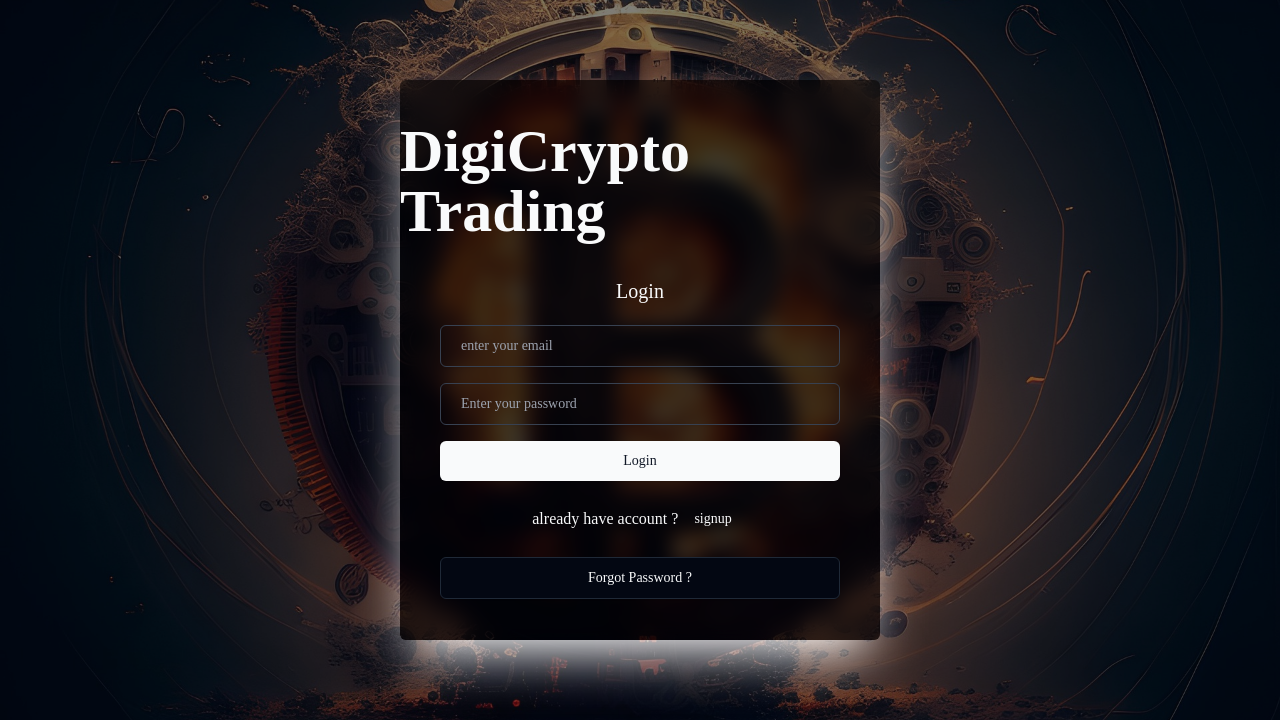
Repository: varijaT/TradingFrontEnd
Page: /
The author's editor kept a copy of each file at every save. The page is drawn from the files as they stood at one save, then again after the next save.
The browser window is 1280 px wide. The pictures show the whole page.
The project was rebuilt for these pictures with package versions that can differ from the ones it lists, and the page was loaded fresh each time. Also part of the build but not shown: vite.config.js, src/components/ui/sheet.jsx, src/components/ui/avatar.jsx, src/pages/Navbar/Navbar.jsx, src/components/ui/scroll-area.jsx, src/components/ui/table.jsx, src/pages/Home/AssetTable.jsx, src/pages/StockDetails/ConvertToChartData.js and 52 more.

Above is the page before, as saved 2025-04-09 21:57:20.

### index.html
<!doctype html>
<html lang="en">
  <head>
    <meta charset="UTF-8" />
    <link rel="icon" type="image/svg+xml" href="/vite.svg" />
    <meta name="viewport" content="width=device-width, initial-scale=1.0" />
    <title>DigiCrypto Treading</title>
  </head>
  <body>
    <div id="root"></div>
    <script type="module" src="/src/main.jsx"></script>
  </body>
</html>

### src/main.jsx
import React from 'react';
import ReactDOM from 'react-dom/client';
import App from './App.jsx';
import './index.css';
import { BrowserRouter } from 'react-router-dom';
import { Provider } from 'react-redux';
import { store } from './Redux/Store.js';

ReactDOM.createRoot(document.getElementById('root')).render(
  <React.StrictMode>
    <Provider store={store}>
      <BrowserRouter>
        <App />
      </BrowserRouter>
    </Provider>
  </React.StrictMode>
);

### src/index.css
@tailwind base;
@tailwind components;
@tailwind utilities;

@layer base {
  :root {
    --background: 0 0% 100%;
    --foreground: 224 71.4% 4.1%;

    --card: 0 0% 100%;
    --card-foreground: 224 71.4% 4.1%;

    --popover: 0 0% 100%;
    --popover-foreground: 224 71.4% 4.1%;

    --primary: 220.9 39.3% 11%;
    --primary-foreground: 210 20% 98%;

    --secondary: 220 14.3% 95.9%;
    --secondary-foreground: 220.9 39.3% 11%;

    --muted: 220 14.3% 95.9%;
    --muted-foreground: 220 8.9% 46.1%;

    --accent: 220 14.3% 95.9%;
    --accent-foreground: 220.9 39.3% 11%;

    --destructive: 0 84.2% 60.2%;
    --destructive-foreground: 210 20% 98%;

    --border: 220 13% 91%;
    --input: 220 13% 91%;
    --ring: 224 71.4% 4.1%;

    --radius: 0.5rem;
  }

  .dark {
    --background: 224 71.4% 4.1%;
    --foreground: 210 20% 98%;

    --card: 224 71.4% 4.1%;
    --card-foreground: 210 20% 98%;

    --popover: 224 71.4% 4.1%;
    --popover-foreground: 210 20% 98%;

    --primary: 210 20% 98%;
    --primary-foreground: 220.9 39.3% 11%;

    --secondary: 215 27.9% 16.9%;
    --secondary-foreground: 210 20% 98%;

    --muted: 215 27.9% 16.9%;
    --muted-foreground: 217.9 10.6% 64.9%;

    --accent: 215 27.9% 16.9%;
    --accent-foreground: 210 20% 98%;

    --destructive: 0 62.8% 30.6%;
    --destructive-foreground: 210 20% 98%;

    --border: 215 27.9% 16.9%;
    --input: 215 27.9% 16.9%;
    --ring: 216 12.2% 83.9%;
  }
}

@layer base {
  * {
    @apply border-border;
  }
  body {
    @apply dark bg-background text-foreground overflow-x-hidden;
  }
}

/* Styles for the scrollable container */
.scroll-container {
  overflow-y: auto;
}

/* Custom scrollbar styles for Webkit browsers (Chrome, Safari) */
.scroll-container::-webkit-scrollbar {
  width: 8px; /* Width of the scrollbar */
  background: transparent;
}

.scroll-container::-webkit-scrollbar-track {
  background: transparent; /* Background of the scrollbar track */
}

.scroll-container::-webkit-scrollbar-thumb {
  background:#1e293b; /* Color of the scrollbar thumb */
  border-radius: 5rem;
}

.scroll-container::-webkit-scrollbar-thumb:hover {
  background: #555; /* Color of the scrollbar thumb on hover */
}



/* Optional: Ensure custom scrollbars work in Internet Explorer and Edge */
.scroll-container {
  -ms-overflow-style: -ms-autohiding-scrollbar;
}
.sidebar {
  width: 290px;
  background-color: #2c3e50;
  color: white;
  position: fixed;
  left: 0;
  top: 5;
  height: 80vh; /* Ensure full height */
  transform: translateX(-100%);
  transition: transform 0.3s ease-in-out;
  padding: 20px;
  overflow-y: auto; /* Allow scrolling */
  overflow-x: visible; /* Prevent hiding overflow */
}

.sidebar.open {
  transform: translateX(0);
}

ul {
  list-style: none;
  padding: 0;
}

li {
  padding: 10px;
  cursor: pointer;
}

.logout-button {
  margin-top: auto;
  color: red;
  font-weight: bold;
  display: flex !important;
  align-items: center;
  gap: 8px;
  justify-content: flex-start; /* Align icon and text horizontally */
  white-space: nowrap; /* Prevent text wrapping */
  overflow: visible !important; /* Ensure it's not hidden */
}
.logout-button:hover {
  background-color: #c0392b; /* Darker red on hover */
}

### src/pages/Auth/Auth.jsx
/* eslint-disable no-unused-vars */
import "./Auth.css";
import { Button } from "@/components/ui/button";

import SignupForm from "./signup/SignupForm";
import LoginForm from "./login/login";
import { useLocation, useNavigate } from "react-router-dom";
import { useState } from "react";
import { Card } from "@/components/ui/card";
import ForgotPassword from "./ForgotPassword";
import ForgotPasswordForm from "./ForgotPassword";
import { Skeleton } from "@/components/ui/skeleton";
import { useSelector } from "react-redux";
import SpinnerBackdrop from "@/components/custome/SpinnerBackdrop";
import { Avatar, AvatarImage } from "@/components/ui/avatar";
import { AvatarFallback } from "@radix-ui/react-avatar";
import { ToastAction } from "@/components/ui/toast";
import { useToast } from "@/components/ui/use-toast";
import CustomeToast from "@/components/custome/CustomeToast";

const Auth = () => {
  const navigate = useNavigate();
  const location = useLocation();
  const { auth } = useSelector((store) => store);
  const { toast } = useToast();

  const [animate, setAnimate] = useState(false);

  const handleNavigation = (path) => {
    // setAnimate(true);
    // setTimeout(() => {
    navigate(path);
    //   setAnimate(false);
    // }, 500);
    // Adjust the delay as needed to match your animation duration
    // setAnimate(false)
  };

  const [showToast, setShowToast] = useState(false);

  const handleShowToast = () => {
    setShowToast(true);
  };

console.log("---------- ",auth.error)


  return (
    <div className={`authContainer h-screen relative`}>
      <div className="absolute top-0 right-0 left-0 bottom-0 bg-[#030712] bg-opacity-50"></div>

      <div
        className={`bgBlure absolute top-1/2 left-1/2 transform -translate-x-1/2  -translate-y-1/2 box flex flex-col justify-center items-center  h-[35rem] w-[30rem]  rounded-md z-50 bg-black bg-opacity-50 shadow-2xl shadow-white`}
      >
         <CustomeToast show={auth.error} message={auth.error?.error}/>


        <h1 className="text-6xl font-bold pb-9">DigiCrypto Trading</h1>
        {/* <Avatar>
          <AvatarImage src="https://cdn.pixabay.com/photo/2019/04/15/20/42/bitcoin-4130299_1280.png"/>
          <AvatarFallback>BTC</AvatarFallback>
        </Avatar> */}

        {location.pathname == "/signup" ? (
          <section
            className={`w-full login  ${animate ? "slide-down" : "slide-up"}`}
          >
            <div className={`  loginBox  w-full px-10 space-y-5 `}>
              <SignupForm />

              {location.pathname == "/signup" ? (
                <div className="flex items-center justify-center">
                  <span> {"don't have account ?"} </span>
                  <Button
                    onClick={() => handleNavigation("/signin")}
                    variant="ghost"
                  >
                    signin
                  </Button>
                </div>
              ) : (
                <div className="flex items-center justify-center">
                  <span>already have account ? </span>
                  <Button
                    onClick={() => handleNavigation("/signup")}
                    variant="ghost"
                  >
                    signup
                  </Button>
                </div>
              )}
            </div>
          </section>
        ) : location.pathname == "/forgot-password" ? (
          <section className="p-5 w-full">
            <ForgotPasswordForm />
            {/* <Button variant="outline" className="w-full py-5 mt-5">
              Try Using Mobile Number
            </Button> */}
            <div className="flex items-center justify-center mt-5">
              <span>Back To Login ? </span>
              <Button onClick={() => navigate("/signin")} variant="ghost">
                signin
              </Button>
            </div>
          </section>
        ) : (
          <>
            {
              <section className={`w-full login`}>
                <div className={`  loginBox  w-full px-10 space-y-5 `}>
                  <LoginForm />

                  <div className="flex items-center justify-center">
                    <span>already have account ? </span>
                    <Button
                      onClick={() => handleNavigation("/signup")}
                      variant="ghost"
                    >
                      signup
                    </Button>
                  </div>
                  <div className="">
                    <Button
                      onClick={() => navigate("/forgot-password")}
                      variant="outline"
                      className="w-full py-5"
                    >
                      Forgot Password ?
                    </Button>
                  </div>
                </div>
              </section>
            }
          </>
        )}


      </div>



    </div>
  );
};

export default Auth;

### src/components/ui/button.jsx
import * as React from "react"
import { Slot } from "@radix-ui/react-slot"
import { cva } from "class-variance-authority";

import { cn } from "@/lib/utils"

const buttonVariants = cva(
  "inline-flex items-center justify-center whitespace-nowrap rounded-md text-sm font-medium transition-colors focus-visible:outline-none   disabled:pointer-events-none disabled:opacity-50 ",
  {
    variants: {
      variant: {
        default:
          "bg-primary text-primary-foreground shadow hover:bg-primary/90",
        destructive:
          "bg-destructive text-destructive-foreground shadow-sm hover:bg-destructive/90",
        outline:
          "border border-input bg-background shadow-sm hover:bg-accent hover:text-accent-foreground",
        secondary:
          "bg-secondary text-secondary-foreground shadow-sm hover:bg-secondary/80",
        ghost: "hover:bg-accent hover:text-accent-foreground",
        link: "text-primary underline-offset-4 hover:underline",
      },
      size: {
        default: "h-9 px-4 py-2",
        sm: "h-8 rounded-md px-3 text-xs",
        lg: "h-10 rounded-md px-8",
        icon: "h-9 w-9",
      },
    },
    defaultVariants: {
      variant: "default",
      size: "default",
    },
  }
)

const Button = React.forwardRef(({ className, variant, size, asChild = false, ...props }, ref) => {
  const Comp = asChild ? Slot : "button"
  return (
    (<Comp
      className={cn(buttonVariants({ variant, size, className }))}
      ref={ref}
      {...props} />)
  );
})
Button.displayName = "Button"

export { Button, buttonVariants }

### src/pages/SideBar/SideBar.jsx
import { logout } from "@/Redux/Auth/Action";
import { Button } from "@/components/ui/button";
import { SheetClose } from "@/components/ui/sheet";
import {
  ExitIcon,
  HomeIcon,
  DashboardIcon,
  BookmarkIcon,
  ActivityLogIcon,
  PersonIcon,
} from "@radix-ui/react-icons";
import { CreditCard, Landmark, Wallet } from "lucide-react";
import { useDispatch } from "react-redux";
import { useNavigate } from "react-router-dom";

const menu = [
  { name: "Home", path: "/", icon: <HomeIcon className="h-6 w-6" /> },
  { name: "Portfolio", path: "/portfolio", icon: <DashboardIcon className="h-6 w-6" /> },
  { name: "Watchlist", path: "/watchlist", icon: <BookmarkIcon className="h-6 w-6" /> },
  { name: "Activity", path: "/activity", icon: <ActivityLogIcon className="h-6 w-6" /> },
  { name: "Wallet", path: "/wallet", icon: <Wallet className="h-6 w-6" /> },
  { name: "Payment Details", path: "/payment-details", icon: <Landmark className="h-6 w-6" /> },
  { name: "Withdrawal", path: "/withdrawal", icon: <CreditCard className="h-6 w-6" /> },
  { name: "Profile", path: "/profile", icon: <PersonIcon className="h-6 w-6" /> },
];

const SideBar = () => {
  const navigate = useNavigate();
  const dispatch = useDispatch();

  const handleLogout = () => {
    console.log("Logout button clicked!");
    dispatch(logout()); // Dispatch logout action
    navigate("/signin"); // Redirect to the login page
  };

  return (
    <div className="mt-10 space-y-5 sidebar open">
      {menu.map((item, index) => (
        <SheetClose key={index} className="w-full">
          <Button
            onClick={() => navigate(item.path)}
            variant="outline"
            className="flex items-center gap-5 py-6 w-full"
          >
            <span className="w-8">{item.icon}</span>
            <p>{item.name}</p>
          </Button>
        </SheetClose>
      ))}

      {/* Logout Button */}
      <div className="mt-auto border-t border-gray-300 pt-5">
           <SheetClose className="w-full">
              <Button
              onClick={handleLogout}
               variant="destructive"
               className="logout-button flex items-center justify-start"
              >
               <span className="w-8">
                <ExitIcon className="h-6 w-6" />
               </span>
                   Logout {/* Directly add the label here */}
                </Button>
            </SheetClose>
            </div>
       </div>
  );
};

export default SideBar;

### src/pages/Auth/Auth.css
*{
    margin: 0;
    padding: 0;
    box-sizing: border-box;
    font-family: "Poppins","san-serif";
}
/* https://cdn.pixabay.com/photo/2022/12/26/11/37/bitcoin-7678812_1280.jpg */
.authContainer{
  background-image: url("/public/crypto-7678815_1920.jpg");
  height: 100vh;
  width: 100%;
  background-size: cover;
  background-repeat: no-repeat;
  background-position: center;

}
.bgBlure{
  backdrop-filter: blur(10px);
}

### src/pages/Auth/login/login.jsx
import { Input } from "@/components/ui/input";
// import "./Login.css";
import { Button } from "@/components/ui/button";
import {
  Form,
  FormControl,
  FormField,
  FormItem,
  FormMessage,
} from "@/components/ui/form";
import { useForm } from "react-hook-form";
import { zodResolver } from "@hookform/resolvers/zod";
import { z } from "zod";
import { useDispatch, useSelector } from "react-redux";
import { login } from "@/Redux/Auth/Action";
import { useNavigate } from "react-router-dom";
//import { Skeleton } from "@/components/ui/skeleton";
import SpinnerBackdrop from "@/components/custome/SpinnerBackdrop";
// import { toast } from "@/components/ui/use-toast";
//import { ToastAction } from "@/components/ui/toast";
//import { useToast } from "@/components/ui/use-toast";

const formSchema = z.object({
  email: z.string().email("Invalid email address"),
  password: z.string().min(8, "Password must be at least 8 characters long"),
});
const LoginForm = () => {
  const navigate = useNavigate();
  const dispatch = useDispatch();
  const { auth } = useSelector((store) => store);
  //const { toast } = useToast();
  const form = useForm({
    resolver: zodResolver(formSchema),
    defaultValues: {
      email: "",
      password: "",
    },
  });
  const onSubmit = (data) => {
    data.navigate = navigate;
    dispatch(login(data));
    console.log("login form", data);
  };
  return (
    <div className="space-y-5">
      <h1 className="text-center text-xl">Login</h1>
      <Form {...form}>
        <form onSubmit={form.handleSubmit(onSubmit)} className="space-y-4">
          <FormField
            control={form.control}
            name="email"
            render={({ field }) => (
              <FormItem>
                <FormControl>
                  <Input
                    {...field}
                    className="border w-full border-gray-700 py-5 px-5"
                    placeholder="enter your email"
                  />
                </FormControl>

                <FormMessage />
              </FormItem>
            )}
          />
          <FormField
            control={form.control}
            name="password" // Added password field
            render={({ field }) => (
              <FormItem>
                <FormControl>
                  <Input
                    {...field}
                    type="password" // Added type attribute for password input
                    className="border w-full border-gray-700 py-5 px-5"
                    placeholder="Enter your password"
                  />
                </FormControl>
                <FormMessage />
              </FormItem>
            )}
          />

          {!auth.loading ? (
            <Button type="submit" className="w-full  py-5">
              Login
            </Button>
          ) : (
            <SpinnerBackdrop show={true} />
          )}
        </form>
      </Form>

      {/* {toast({
        title: "Scheduled: Catch up ",
        description: "Friday, February 10, 2023 at 5:57 PM",
        action: <ToastAction altText="Goto schedule to undo">Undo</ToastAction>,
      })} */}
    </div>
  );
};

export default LoginForm;

### src/components/ui/form.jsx
import * as React from "react"
import { Slot } from "@radix-ui/react-slot"
import { Controller, FormProvider, useFormContext } from "react-hook-form";

import { cn } from "@/lib/utils"
import { Label } from "@/components/ui/label"

const Form = FormProvider

const FormFieldContext = React.createContext({})

const FormField = (
  {
    ...props
  }
) => {
  return (
    (<FormFieldContext.Provider value={{ name: props.name }}>
      <Controller {...props} />
    </FormFieldContext.Provider>)
  );
}

const useFormField = () => {
  const fieldContext = React.useContext(FormFieldContext)
  const itemContext = React.useContext(FormItemContext)
  const { getFieldState, formState } = useFormContext()

  const fieldState = getFieldState(fieldContext.name, formState)

  if (!fieldContext) {
    throw new Error("useFormField should be used within <FormField>")
  }

  const { id } = itemContext

  return {
    id,
    name: fieldContext.name,
    formItemId: `${id}-form-item`,
    formDescriptionId: `${id}-form-item-description`,
    formMessageId: `${id}-form-item-message`,
    ...fieldState,
  }
}

const FormItemContext = React.createContext({})

const FormItem = React.forwardRef(({ className, ...props }, ref) => {
  const id = React.useId()

  return (
    (<FormItemContext.Provider value={{ id }}>
      <div ref={ref} className={cn("space-y-2", className)} {...props} />
    </FormItemContext.Provider>)
  );
})
FormItem.displayName = "FormItem"

const FormLabel = React.forwardRef(({ className, ...props }, ref) => {
  const { error, formItemId } = useFormField()

  return (
    (<Label
      ref={ref}
      className={cn(error && "text-destructive", className)}
      htmlFor={formItemId}
      {...props} />)
  );
})
FormLabel.displayName = "FormLabel"

const FormControl = React.forwardRef(({ ...props }, ref) => {
  const { error, formItemId, formDescriptionId, formMessageId } = useFormField()

  return (
    (<Slot
      ref={ref}
      id={formItemId}
      aria-describedby={
        !error
          ? `${formDescriptionId}`
          : `${formDescriptionId} ${formMessageId}`
      }
      aria-invalid={!!error}
      {...props} />)
  );
})
FormControl.displayName = "FormControl"

const FormDescription = React.forwardRef(({ className, ...props }, ref) => {
  const { formDescriptionId } = useFormField()

  return (
    (<p
      ref={ref}
      id={formDescriptionId}
      className={cn("text-[0.8rem] text-muted-foreground", className)}
      {...props} />)
  );
})
FormDescription.displayName = "FormDescription"

const FormMessage = React.forwardRef(({ className, children, ...props }, ref) => {
  const { error, formMessageId } = useFormField()
  const body = error ? String(error?.message) : children

  if (!body) {
    return null
  }

  return (
    (<p
      ref={ref}
      id={formMessageId}
      className={cn("text-[0.8rem] font-medium text-destructive", className)}
      {...props}>
      {body}
    </p>)
  );
})
FormMessage.displayName = "FormMessage"

export {
  useFormField,
  Form,
  FormItem,
  FormLabel,
  FormControl,
  FormDescription,
  FormMessage,
  FormField,
}

Loaded but not shown: src/Util/shouldShowNavbar.js (common file); src/components/ui/input.jsx (common file); src/Util/existInWatchlist.js (common file); src/Redux/Order/ActionTypes.js (common file); src/Redux/Assets/ActionTypes.js (common file); src/Redux/Watchlist/ActionTypes.js (common file); src/Redux/Chat/ActionTypes.js (common file); src/lib/utils.js (common file); tailwind.config.js (common file); src/Redux/Auth/Action.js (260 lines, source omitted); src/components/ui/use-toast.js (154 lines, source omitted); src/Redux/Coin/Reducer.js (109 lines, source omitted); src/Redux/Withdrawal/Reducer.js (93 lines, source omitted); src/Redux/Auth/ActionTypes.js (37 lines, source omitted); src/Redux/Auth/Reducer.js (71 lines, source omitted); src/Redux/Coin/ActionTypes.js (27 lines, source omitted); src/Redux/Withdrawal/ActionTypes.js (25 lines, source omitted); src/Redux/Wallet/Reducer.js (58 lines, source omitted); src/Redux/Watchlist/Reducer.js (54 lines, source omitted); src/Redux/Assets/Reducer.js (53 lines, source omitted); src/Redux/Order/Reducer.js (48 lines, source omitted); src/Redux/Wallet/ActionTypes.js (20 lines, source omitted); src/Redux/Chat/Reducer.js (41 lines, source omitted); src/Redux/Store.js (26 lines, source omitted); src/Api/api.js (18 lines, source omitted); src/App.jsx (106 lines, source omitted)

After the next save:
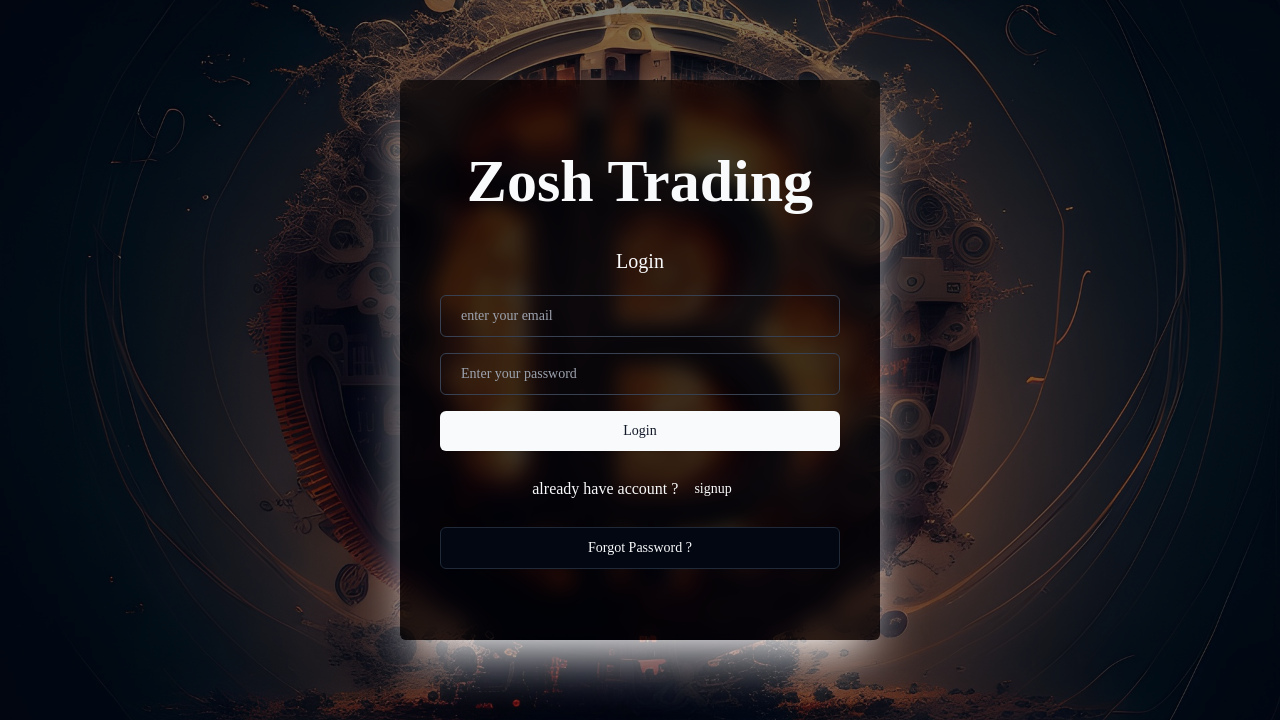
Saved 81 s later.
--- a/src/pages/Auth/Auth.jsx
+++ b/src/pages/Auth/Auth.jsx
@@ -55,7 +55,7 @@ console.log("---------- ",auth.error)
          <CustomeToast show={auth.error} message={auth.error?.error}/>
 
 
-        <h1 className="text-6xl font-bold pb-9">DigiCrypto Trading</h1>
+        <h1 className="text-6xl font-bold pb-9">Zosh Trading</h1>
         {/* <Avatar>
           <AvatarImage src="https://cdn.pixabay.com/photo/2019/04/15/20/42/bitcoin-4130299_1280.png"/>
           <AvatarFallback>BTC</AvatarFallback>
